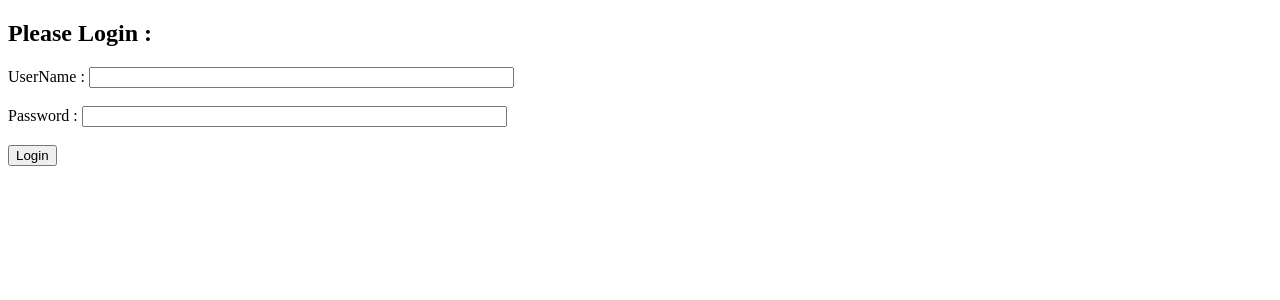
Repository: vinodkumarr269/mode1
Page: day14/EMS/WebContent/index.html
The author's editor kept a copy of each file at every save. The page is drawn from the files as they stood at one save, then again after the next save.
The browser window is 1280 px wide. The pictures show the whole page.

Above is the page before, as saved 2019-08-28 11:18:26.

### day14/EMS/WebContent/index.html
<!DOCTYPE html>
<html>
<head>
<meta charset="ISO-8859-1">
<title>Insert title here</title>
</head>
<body>
  <form method="post" action="login.jsp">
		<h2>Please Login :</h2>
		UserName : <input type="text" name="username" size="50" > <br/><br/>
		Password : <input type="password" name="pass" size="50"> <br/><br/>
		<input type="submit" value="Login">
		</form>

</body>
</html>

After the next save:
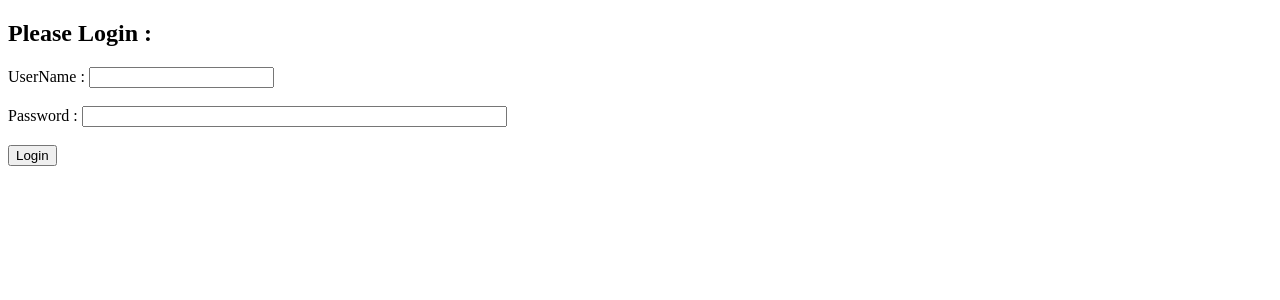
Saved 5 min 24 s later.
--- a/day14/EMS/WebContent/index.html
+++ b/day14/EMS/WebContent/index.html
@@ -7,7 +7,7 @@
 <body>
   <form method="post" action="login.jsp">
 		<h2>Please Login :</h2>
-		UserName : <input type="text" name="username" size="50" > <br/><br/>
+		UserName : <input type="number" name="username" size="50" > <br/><br/>
 		Password : <input type="password" name="pass" size="50"> <br/><br/>
 		<input type="submit" value="Login">
 		</form>

After the save that followed:
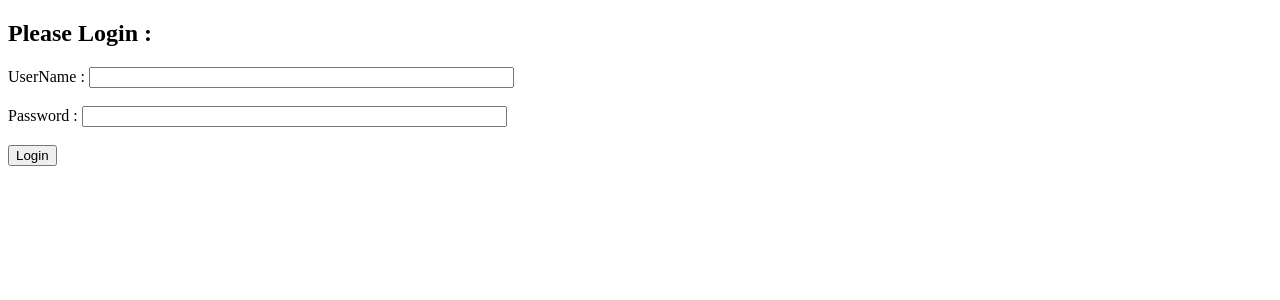
Saved 93 s later.
--- a/day14/EMS/WebContent/index.html
+++ b/day14/EMS/WebContent/index.html
@@ -7,7 +7,7 @@
 <body>
   <form method="post" action="login.jsp">
 		<h2>Please Login :</h2>
-		UserName : <input type="number" name="username" size="50" > <br/><br/>
+		UserName : <input type="text" name="username" size="50" > <br/><br/>
 		Password : <input type="password" name="pass" size="50"> <br/><br/>
 		<input type="submit" value="Login">
 		</form>
